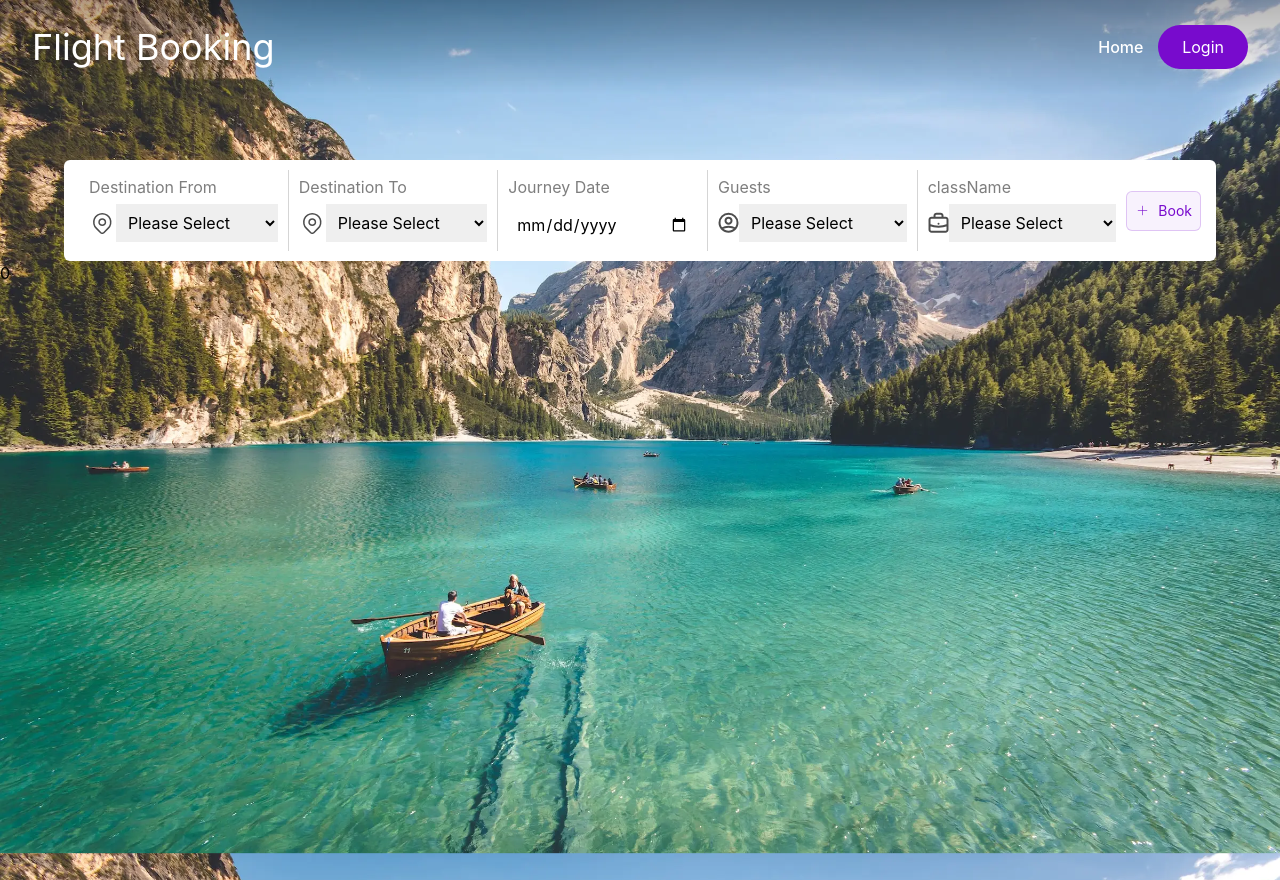
Repository: Wahid137/flight-booking-redux
Page: /
An editor plug-in stored every save of this project. The page is shown before and after the next save, followed by the edit.
The browser window is 1280 px wide. The pictures show the whole page.
Backgrounds fixed to the window are drawn as part of the page. Some web libraries are served in a nearby version. The project was rebuilt for these pictures with package versions that can differ from the ones it lists, and the page was loaded fresh each time. Also part of the build but not shown: vite.config.js, src/components/TableHead.jsx, src/components/TableRow.jsx, src/index.css.

Above is the page before, as saved 2023-11-11 14:53:07.

### index.html
<!doctype html>
<html lang="en">
  <head>
    <meta charset="UTF-8" />
    <link rel="icon" type="image/svg+xml" href="/vite.svg" />
    <meta name="viewport" content="width=device-width, initial-scale=1.0" />
    <script src="https://cdn.tailwindcss.com"></script>
    <title>Flight Booking Application</title>
  </head>
  <body>
    <div id="root"></div>
    <script type="module" src="/src/main.jsx"></script>
  </body>
</html>

### src/main.jsx
import React from "react";
import ReactDOM from "react-dom/client";
import App from "./App.jsx";
import "./index.css";
import { Toaster } from "react-hot-toast";

ReactDOM.createRoot(document.getElementById("root")).render(
  <React.StrictMode>
    <App />
    <Toaster />
  </React.StrictMode>
);

### src/App.jsx
import { Provider } from "react-redux";
import store from "./redux/store";
import Header from "./components/Header";
import "./App.css";
import Book from "./components/Book";
import Table from "./components/Table";

function App() {
  return (
    <Provider store={store}>
      <Header />
      <section>
        <Book />
        <Table />
      </section>
    </Provider>
  );
}

export default App;

### src/redux/store.jsx
import { legacy_createStore as createStore } from "redux";
import bookingReducer from "./counter/bookingReducer";

const store = createStore(bookingReducer);

export default store;

### src/components/Header.jsx
const Header = () => {
  return (
    <div>
      <header id="header">
        <div className="container">
          <h1 className="text-4xl text-white">Flight Booking</h1>
          <div className="flex items-center">
            <a className="text-white min-w-[50px] font-medium" href="#">
              Home
            </a>
            <button className="log-btn btn">Login</button>
          </div>
        </div>
      </header>
    </div>
  );
};

export default Header;

### src/components/Book.jsx
import { useState } from "react";
import frame1 from "../assets/img/icons/Frame.svg";
import vector1 from "../assets/img/icons/Vector (1).svg";
import vector3 from "../assets/img/icons/Vector (3).svg";
import { useDispatch, useSelector } from "react-redux";
import { makeBooking } from "../redux/counter/actions";
import toast from "react-hot-toast";

const Book = () => {
  const data = useSelector((state) => state.data);

  const size = data.length;
  const dispatch = useDispatch();
  const [bookingData, setBookingData] = useState({});

  const handleBooking = (event) => {
    event.preventDefault();
    if (size >= 3) {
      toast.error("Sorry, you can not book more than 3");
    } else {
      dispatch(makeBooking({ ...bookingData, id: size + 1 }));
      toast.success("Booking Successfully Done!");
    }
  };

  const handleInputBlur = (event) => {
    const field = event.target.name;
    const value = event.target.value;
    const newBooking = { ...bookingData };
    newBooking[field] = value;
    setBookingData(newBooking);
  };

  return (
    <div className="mt-[160px] mx-4 md:mt-[160px] relative">
      <div className="bg-white rounded-md max-w-6xl w-full mx-auto">
        <form onSubmit={handleBooking} className="first-hero lws-inputform">
          <div className="des-from">
            <p>Destination From</p>
            <div className="flex flex-row">
              <img src={frame1} alt="" />
              <select
                className="outline-none px-2 py-2 w-full"
                name="from"
                id="lws-from"
                required
                onBlur={handleInputBlur}
              >
                <option value="" hidden>
                  Please Select
                </option>
                <option>Dhaka</option>
                <option>Sylhet</option>
                <option>Saidpur</option>
                <option>Coxs Bazar</option>
              </select>
            </div>
          </div>

          <div className="des-from">
            <p>Destination To</p>
            <div className="flex flex-row">
              <img src={frame1} alt="" />
              <select
                className="outline-none px-2 py-2 w-full"
                name="to"
                id="lws-to"
                required
                onBlur={handleInputBlur}
              >
                <option value="" hidden>
                  Please Select
                </option>
                <option>Dhaka</option>
                <option>Sylhet</option>
                <option>Saidpur</option>
                <option>Coxs Bazar</option>
              </select>
            </div>
          </div>

          <div className="des-from">
            <p>Journey Date</p>
            <input
              type="date"
              className="outline-none px-2 py-2 w-full date"
              name="date"
              id="lws-date"
              required
              onBlur={handleInputBlur}
            />
          </div>

          <div className="des-from">
            <p>Guests</p>
            <div className="flex flex-row">
              <img src={vector1} alt="" />
              <select
                className="outline-none px-2 py-2 w-full"
                name="guests"
                id="lws-guests"
                required
                onBlur={handleInputBlur}
              >
                <option value="" hidden>
                  Please Select
                </option>
                <option value="1">1 Person</option>
                <option value="2">2 Persons</option>
                <option value="3">3 Persons</option>
                <option value="4">4 Persons</option>
              </select>
            </div>
          </div>

          <div className="des-from !border-r-0">
            <p>className</p>
            <div className="flex flex-row">
              <img src={vector3} alt="" />
              <select
                className="outline-none px-2 py-2 w-full"
                name="ticketclassName"
                id="lws-ticketclassName"
                required
                onBlur={handleInputBlur}
              >
                <option value="" hidden>
                  Please Select
                </option>
                <option>Business</option>
                <option>Economy</option>
              </select>
            </div>
          </div>

          <button className="addCity" type="submit" id="lws-addCity">
            <svg
              width="15px"
              height="15px"
              fill="none"
              viewBox="0 0 24 24"
              stroke="currentColor"
            >
              <path d="M12 4.5v15m7.5-7.5h-15" />
            </svg>
            <span className="text-sm">Book</span>
          </button>
        </form>
      </div>
    </div>
  );
};

export default Book;

### src/components/Table.jsx
import { useSelector } from "react-redux";
import TableHead from "./TableHead";
import TableRow from "./TableRow";

const Table = () => {
  const data = useSelector((state) => state.data);

  return (
    <>
      {data.length && (
        <div className="table-container">
          <table className="booking-table">
            <TableHead />
            <tbody
              className="divide-y divide-gray-300/20"
              id="lws-previewBooked"
            >
              {data.map((data, i) => {
                return <TableRow key={i} data={data} />;
              })}
            </tbody>
          </table>
        </div>
      )}
    </>
  );
};

export default Table;

### src/redux/counter/bookingReducer.jsx
import { BOOKING, DELETE } from "./actionTypes";

const initialState = {
  data: [],
};

const bookingReducer = (state = initialState, action) => {
  switch (action.type) {
    case BOOKING:
      const newData = [...state.data];
      newData.push(action.payload);
      return {
        data: newData,
      };
    case DELETE:
      const filteredData = state.data.filter((d) => d.id !== action.payload);
      return {
        data: filteredData,
      };
    default:
      return state;
  }
};

export default bookingReducer;

### src/redux/counter/actions.jsx
import { BOOKING, DELETE } from "./actionTypes";

export const makeBooking = (data) => {
  console.log(data);
  return {
    type: BOOKING,
    payload: data,
  };
};

export const removeItem = (id) => {
  return {
    type: DELETE,
    payload: id,
  };
};

### src/redux/counter/actionTypes.jsx
export const BOOKING = "booking";
export const DELETE = "delete";

Loaded but not shown: src/App.css (955 lines, source omitted)

After the next save:
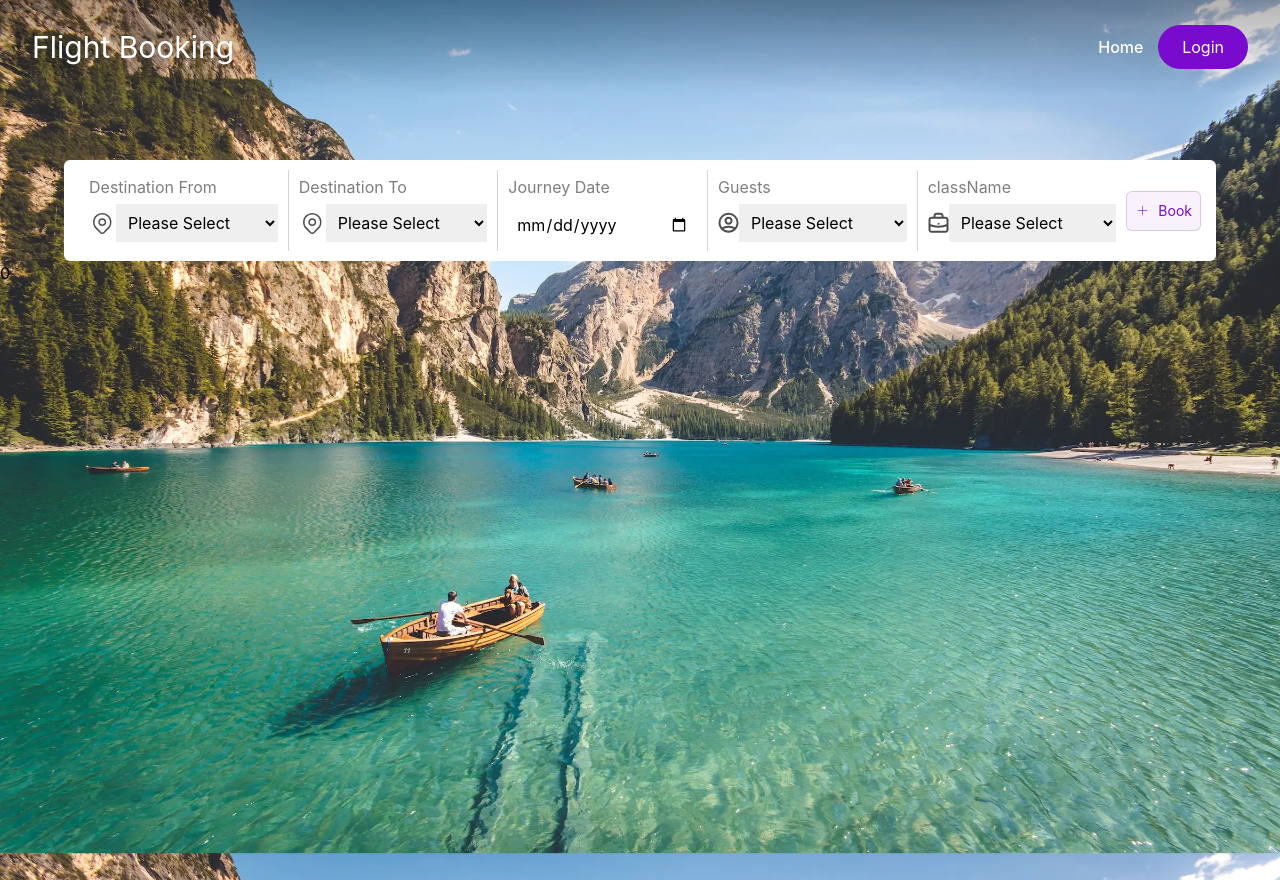
Saved 7 s later.
--- a/src/components/Header.jsx
+++ b/src/components/Header.jsx
@@ -3,7 +3,7 @@ const Header = () => {
     <div>
       <header id="header">
         <div className="container">
-          <h1 className="text-4xl text-white">Flight Booking</h1>
+          <h1 className="text-3xl text-white">Flight Booking</h1>
           <div className="flex items-center">
             <a className="text-white min-w-[50px] font-medium" href="#">
               Home
